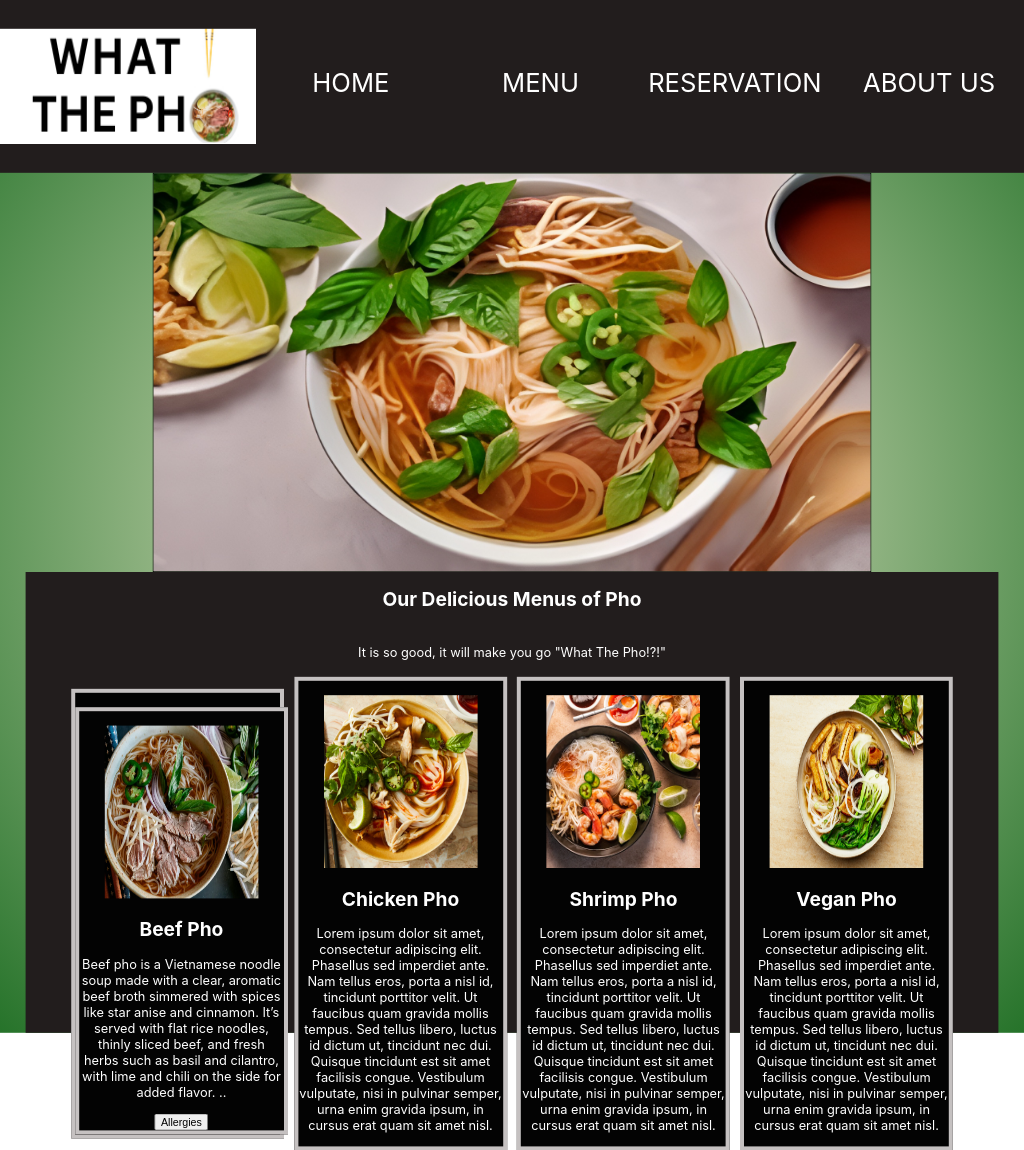
Repository: NguyenkhDang/Restaurant-Website
Page: /
These files come from the project's save history. The page is drawn as it stood at one moment and after the next save; the edit follows.
The browser window is 1280 px wide. The pictures show the whole page, at 80% of full size.
The project was rebuilt for these pictures with package versions that can differ from the ones it lists, and the page was loaded fresh each time.

Above is the page before, as saved 2026-01-16 00:13:01.

### src/App.js
import BackgroundImage from "./image/pho.jpg"
import BeefPho from "./image/beefPho.png"
import ChickenPho from "./image/chickenPho.jpg"
import ShrimpPho from "./image/shrimpPho.png"
import VeganPho from "./image/veganPho.jpg"
import './App.css';
import NavigationBar from './NavigationBar';

import { useState } from "react"

import ReadMore from "./Readmore"
function App() {

  const [showMore, setShowMore] = useState(false)


  return (
    <div className="home">
      <NavigationBar />
      <img
        src={BackgroundImage}
        style={{maxWidth: "70vw", height: "auto", border: "1px solid black"}}
        alt="Pho Photo"
        />


      <div className="menu">
        <h2>Our Delicious Menus of Pho</h2>
        <p>It is so good, it will make you go "What The Pho!?!"</p>
        <div className="foodContainer">
          <div>
            <ReadMore
            image={BeefPho}
            title="Beef Pho"
            description="Beef pho is a Vietnamese noodle soup made with a clear, aromatic beef broth simmered with spices like star anise and cinnamon. It’s served with flat rice noodles, thinly sliced beef, and fresh herbs such as basil and cilantro, with lime and chili on the side for added flavor."
            allergies={[
              "Soy: hoisin sauce, soy sauce",
              "Fish: fish sauce",
              "Gluten: possible in sauces",
              "Shellfish: may be present",
              "Spices: star anise, cinnamon, cloves"
            ]}
          />

          </div>
          <div>
            <img  src={ChickenPho}
                  style={{width: "15vw", height: "30vh"}}/>
            <h2>Chicken Pho</h2>
            <p>Lorem ipsum dolor sit amet, consectetur adipiscing elit. Phasellus sed imperdiet ante. Nam tellus eros, porta a nisl id, tincidunt porttitor velit. Ut faucibus quam gravida mollis tempus. Sed tellus libero, luctus id dictum ut, tincidunt nec dui. Quisque tincidunt est sit amet facilisis congue. Vestibulum vulputate, nisi in pulvinar semper, urna enim gravida ipsum, in cursus erat quam sit amet nisl. </p>
          </div>
          <div>
            <img  src={ShrimpPho}
                  style={{width: "15vw", height: "30vh"}}/>
            <h2>Shrimp Pho</h2>
            <p>Lorem ipsum dolor sit amet, consectetur adipiscing elit. Phasellus sed imperdiet ante. Nam tellus eros, porta a nisl id, tincidunt porttitor velit. Ut faucibus quam gravida mollis tempus. Sed tellus libero, luctus id dictum ut, tincidunt nec dui. Quisque tincidunt est sit amet facilisis congue. Vestibulum vulputate, nisi in pulvinar semper, urna enim gravida ipsum, in cursus erat quam sit amet nisl. </p>
          </div>
          <div>
            <img  src={VeganPho}
                  style={{width: "15vw", height: "30vh"}}/>
            <h2>Vegan Pho</h2>
            <p>Lorem ipsum dolor sit amet, consectetur adipiscing elit. Phasellus sed imperdiet ante. Nam tellus eros, porta a nisl id, tincidunt porttitor velit. Ut faucibus quam gravida mollis tempus. Sed tellus libero, luctus id dictum ut, tincidunt nec dui. Quisque tincidunt est sit amet facilisis congue. Vestibulum vulputate, nisi in pulvinar semper, urna enim gravida ipsum, in cursus erat quam sit amet nisl. </p>
          </div>
        </div>
      </div>
  </div>
);
}

export default App;

### src/App.css
html{
  -ms-overflow-style: none;  /* IE and Edge */
  scrollbar-width: none;
}

.home {
  display: grid;
  margin: 0;
  padding: 0;

  background: radial-gradient(
    circle,
    rgba(245, 240, 213, 1) 0%,
    rgba(38, 115, 42, 1) 100%
  );
  place-items: center;
  text-align: center;
  color: white;
}

.menu {
  display: grid;
  grid-template-rows: repeat(3, 1fr);
  place-items: center;
  gap: 5px;

  width: 95vw;
  height: 80vh;
  margin: 0 2vw;

  background-color: rgb(34, 29, 29);
}

.foodContainer {
  display: grid;
  grid-template-columns: repeat(4, 1fr);
  place-items: center;
  gap: 1vw;
}

.foodContainer div {
  width: 20vw;
  padding-top: 2.5vh;

  background-color: rgb(3, 3, 3);
  border: 5px solid rgb(197, 193, 193);
}

.allergies{
  display: block;
  font-size: 1em;
}
.allergies ul{
  display: grid;
  grid-template-columns: repeat(1, 1fr);
}
.allergies ul li{
  height: auto;
  width: 70%;
}

#label{
  font-weight: bolder;
  font-size: 1.25em;
}
html::-webkit-scrollbar {
  display: none;
}

### src/NavigationBar.js
import "./CSS/NavigationBar.css"
import Logo from "./image/CustomLogo2.png"
const NavigationBar = () =>{



  return (
    <div className="navbar">
      <div className="logoImage">
        <img src= {Logo} />
      </div>
      <div className="wholeNavBar">
        <ul>
          <li>
            <a>HOME</a>
          </li>
          <li>
            <a>MENU</a>
          </li>
          <li>
            <a>RESERVATION</a>
          </li>
          <li>
            <a>ABOUT US</a>
          </li>
        </ul>

      </div>
    </div>
  )


}

export default NavigationBar

### src/Readmore.js
import { useState } from "react";
import "./CSS/Readmore.css"
function ReadMore({ image, title, description, allergies }) {
  const [showMore, setShowMore] = useState(false);

  return (
    <div className="allergies">
      <img src={image} style={{ width: "15vw", height: "30vh" }} alt={title} />

      <h2>{title}</h2>

      <p>
        {description}
        {!showMore && <span> ..</span>}

        {showMore && (
          <ul>
            {allergies.map((item, index) => (
              <li key={index}>{item}</li>
            ))}
          </ul>
        )}
      </p>

      <button onClick={() => setShowMore(!showMore)}>
        {showMore ? "Close" : "Allergies"}
      </button>
    </div>
  );
}
export default ReadMore;

### src/CSS/NavigationBar.css
.navbar{
  background-color: rgb(34, 29, 29);
  display: grid;
  grid-template-columns: 25% 75%;
  width: 100vw;
  height: 25vh;
  padding-top: 5vh;
}
.wholeMavBar{
  float: right;
  height: 10vh;
}

.logoImage img{
  height: 20vh;
  width: 25vw;
  object-fit: fill;
  object-position: center;
}

ul{
  align-items: center;
  list-style-type: none;
  display: grid;
  place-items: center;
  grid-template-columns: 1fr 1fr 1fr 1fr;
  margin-top: 5%;
  padding: 0;
}
li a{
  font-size: 2em;
  text-align: center;
  padding: 14px 16px;
}

li a:hover{
  background-color: #c5b1b1;
}

### src/CSS/Readmore.css
.allergies{
  display: block;
  font-size: 1em;
}
.allergies ul{
  display: grid;
  grid-template-columns: repeat(1, 1fr);
}
.allergies ul li{
  height: auto;
  width: 70%;
}

Loaded but not shown: public/index.html (common file); src/index.js (common file); src/index.css (common file); src/reportWebVitals.js (common file)

After the next save:
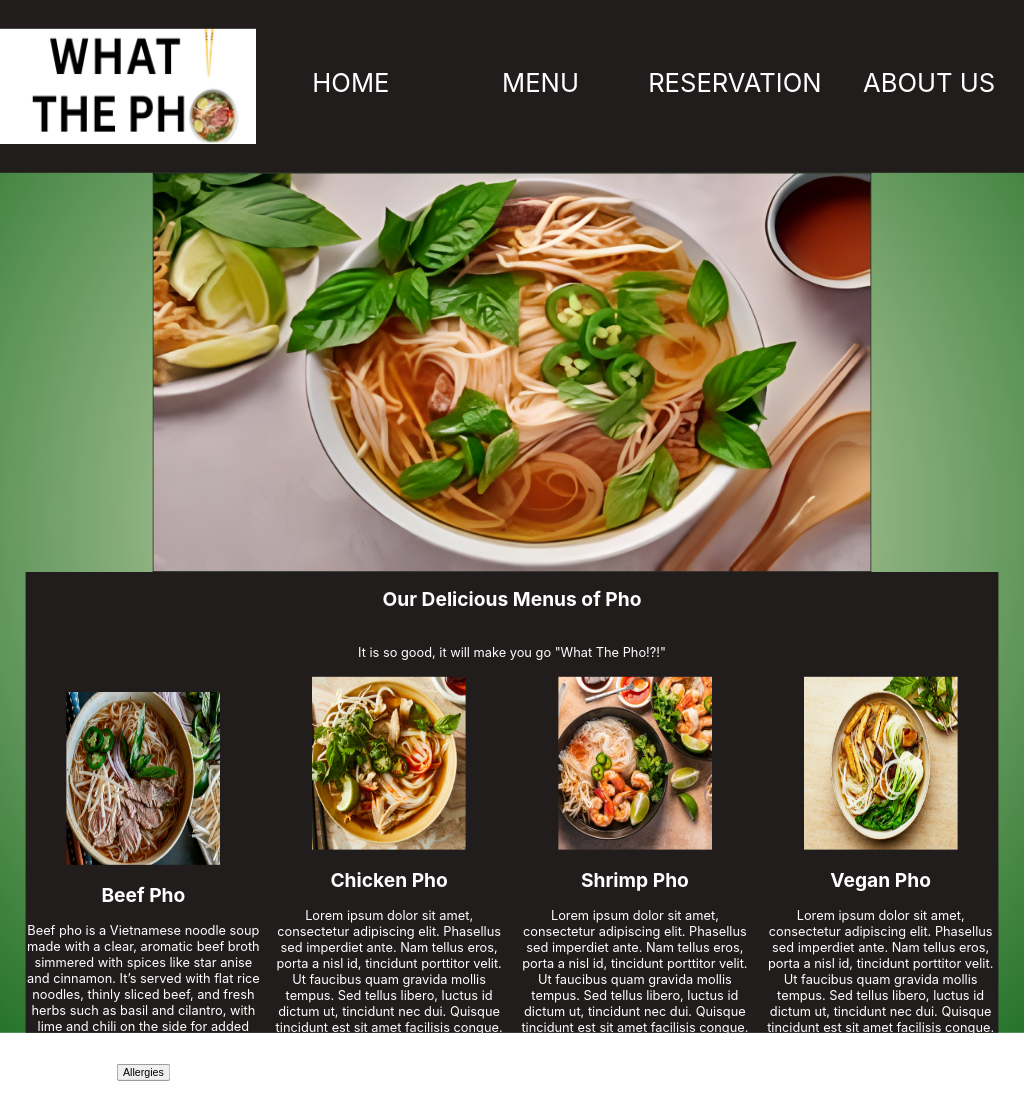
Saved 48 s later.
--- a/src/App.css
+++ b/src/App.css
@@ -38,13 +38,13 @@ html{
   gap: 1vw;
 }
 
-.foodContainer div {
+/* .foodContainer div {
   width: 20vw;
   padding-top: 2.5vh;
 
   background-color: rgb(3, 3, 3);
   border: 5px solid rgb(197, 193, 193);
-}
+} */
 
 .allergies{
   display: block;

After the save that followed:
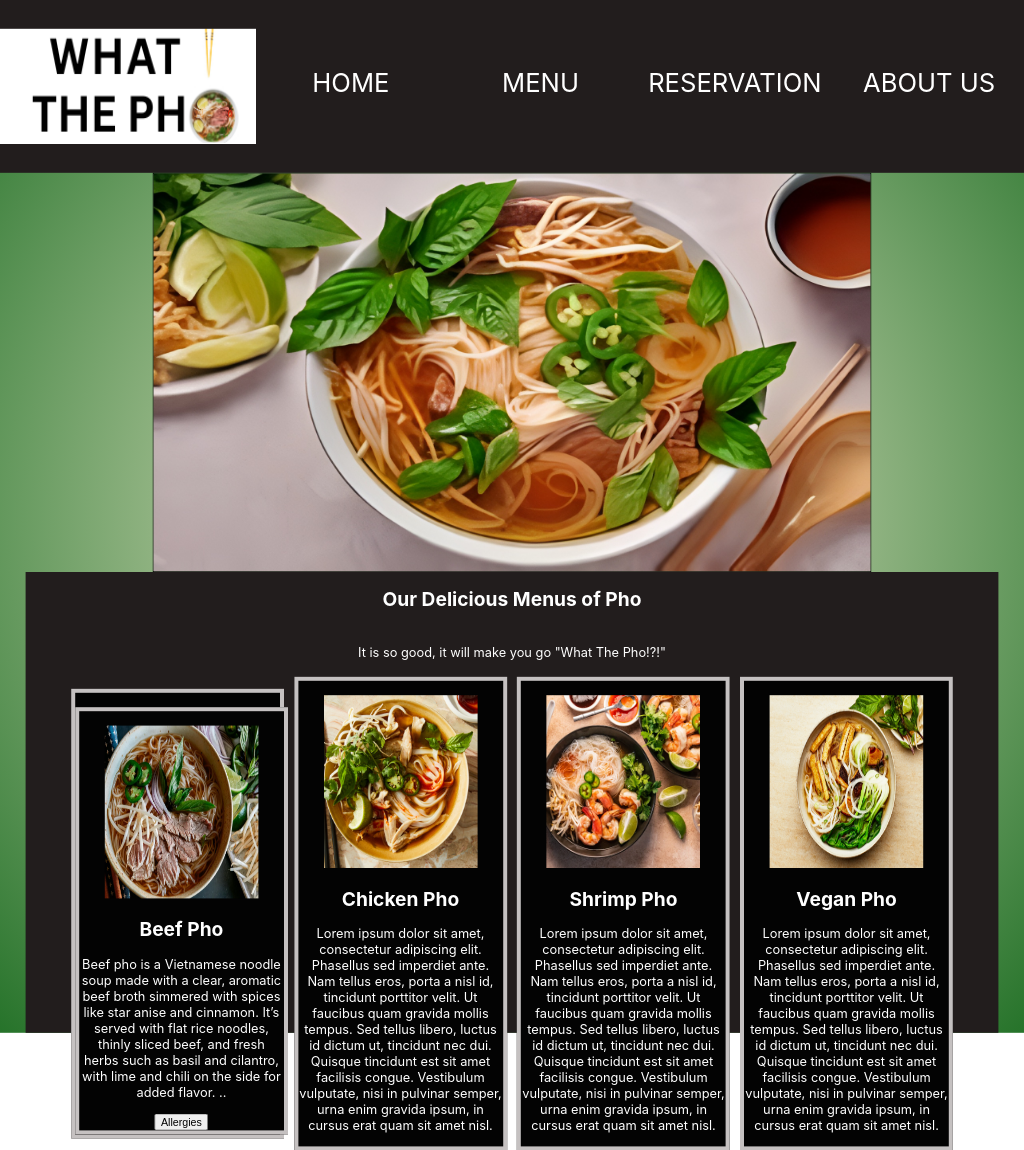
Saved 5 s later.
--- a/src/App.css
+++ b/src/App.css
@@ -38,13 +38,13 @@ html{
   gap: 1vw;
 }
 
-/* .foodContainer div {
+.foodContainer div {
   width: 20vw;
   padding-top: 2.5vh;
 
   background-color: rgb(3, 3, 3);
   border: 5px solid rgb(197, 193, 193);
-} */
+}
 
 .allergies{
   display: block;
